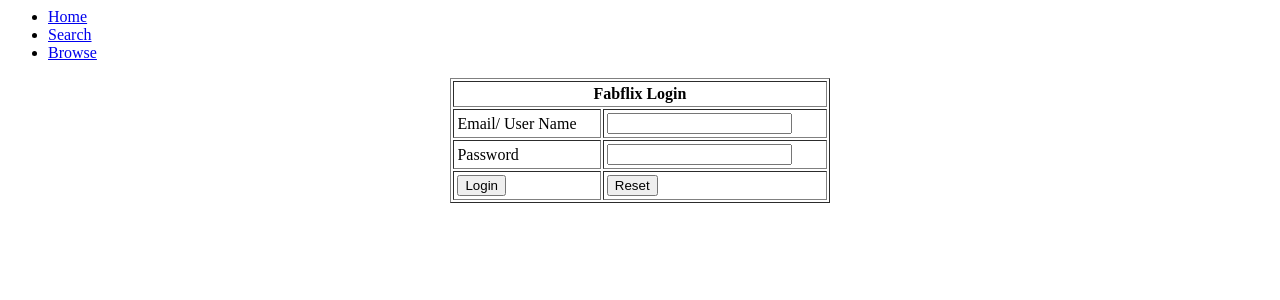
Repository: AndrewHarryKim/cs122B
Page: http://localhost/FabFlix/
An editor plug-in stored every save of this project. The page is shown before and after the next save, followed by the edit.
The browser window is 1280 px wide. The pictures show the whole page.
The page is served by Tomcat 9. Other server files are loaded and not shown.

Above is the page before, as saved 2016-04-22 01:01:09.

### Site2/FabFlix/WebContent/WEB-INF/main.jsp

<%@include file="header.jsp" %>
<link rel="stylesheet" type="text/css" href="css/styles.css">
<%
	// This portion of the code is vital to make it so the user cannot access a page w/o being logged in.
    if ((session.getAttribute("email") == null) || (session.getAttribute("email") == "")) {
		String redirectURL = loginPath+"?message=";

        RequestDispatcher dispatcher = null;
		dispatcher = getServletContext().getRequestDispatcher(redirectURL);
        dispatcher.forward(request, response);
    }

%>
Welcome to Fabflix, <%=session.getAttribute("first_name")%>
</br><a align= "right" href=<%=logoutPath+""%>>Log out</a>
<%
	out.println("</br>");
    out.println("<a href='"+browseGenre+"'>Browse by Genre</a>");
    out.println("<a href='"+browseTitle+"'>Browse by Title</a>");
    out.println("<a href='search'>Advanced Search</a>");
%>

### Site2/FabFlix/WebContent/WEB-INF/header.jsp
<%@include file='var.jsp'%>
<header class="siteHeader">
	<nav class="navbar">
		<ul class="navlist">
			<li><a href="/FabFlix/Main">Home</a></li>
			<li><a href="/FabFlix/search">Search</a></li>
			<li><a href="/FabFlix/Browse">Browse</a></li>
		</ul>
	</nav>
</header>

### Site2/FabFlix/WebContent/WEB-INF/var.jsp
<!-- This File holds the Login Details and other Globals -->
<%
	// This is the Login for the DB
	String DB_USER= "root";
	String DB_PASS="pops711";
	// This is the location of the Login Portal
	String loginPath="/Index";
	// This is the location of the Login-Authentication
	String authLoginPath="Login";
	// This is the location of the Logout script
	String logoutPath="Logout";
	//This is the location of the HomePage
	String homePath="Main";
	// This is the location of the Search Page
	String searchPath="";
	// This is the location of the General Browsing Page and the sub-pages
	String browsePath="browse.jsp";
	String browseGenre="Browse?by=genre";
	String browseTitle="Browse?by=title";
	// This is the location of the movie-list after you find one.
	String movieListPath="MovieList";
	// This is the Cart location.
	String cartPath="Cart";
	// This is the CheckOut location.
	String checkoutPath="Checkout";
%>

### Site2/FabFlix/WebContent/WEB-INF/index.jsp

<%@include file="header.jsp" %>
<%@page contentType="text/html" pageEncoding="UTF-8"%>
<!DOCTYPE html>
<html>
    <head>
	<link rel="stylesheet" type="text/css" href="css/styles.css">
        <meta http-equiv="Content-Type" content="text/html; charset=UTF-8">
        <title>JSP Example</title>
    </head>
    <body>
        <form method="post" action=<%=authLoginPath+""%>>
            <center>
            <table border="1" width="30%" cellpadding="3">
                <thead>
                    <tr>
                        <th colspan="2">Fabflix Login</th>
                    </tr>
                </thead>
                <tbody>
                    <tr>
                        <td>Email/ User Name</td>
                        <td><input type="text" name="email" value="" /></td>
                    </tr>
                    <tr>
                        <td>Password</td>
                        <td><input type="password" name="password" value="" /></td>
                    </tr>
                    <tr>
                        <td><input type="submit" value="Login" /></td>
                        <td><input type="reset" value="Reset" /></td>
                    </tr>

                    <!--
                    <tr>
                        <td colspan="2">Yet Not Registered!! <a href="reg.jsp">Register Here</a></td>
                    </tr>
                    -->
                </tbody>

            </table>
            <%
                if (request.getParameter("message") == null) {
                    //out.println("");
                }
                else {
                    out.println("<div>"+request.getParameter("message")+"</div>");
                }
            %>
            </center>
        </form>
    </body>
</html>

### Site2/FabFlix/src/com/simple/Main.java
package com.simple;

import java.io.IOException;

import javax.servlet.RequestDispatcher;
import javax.servlet.ServletException;
import javax.servlet.annotation.WebServlet;
import javax.servlet.http.HttpServlet;
import javax.servlet.http.HttpServletRequest;
import javax.servlet.http.HttpServletResponse;

/**
 * Servlet implementation class Main
 */
@WebServlet("/Main")
public class Main extends HttpServlet {
	private static final long serialVersionUID = 1L;

    /**
     * @see HttpServlet#HttpServlet()
     */
    public Main() {
        super();
        // TODO Auto-generated constructor stub
    }

	/**
	 * @see HttpServlet#doGet(HttpServletRequest request, HttpServletResponse response)
	 */
	protected void doGet(HttpServletRequest request, HttpServletResponse response) throws ServletException, IOException {
		// TODO Auto-generated method stub
		RequestDispatcher dispatcher = request.getServletContext().getRequestDispatcher("/WEB-INF/main.jsp");
		dispatcher.forward(request, response);
	}

	/**
	 * @see HttpServlet#doPost(HttpServletRequest request, HttpServletResponse response)
	 */
	protected void doPost(HttpServletRequest request, HttpServletResponse response) throws ServletException, IOException {
		// TODO Auto-generated method stub
		doGet(request, response);
	}

}

After the next save:
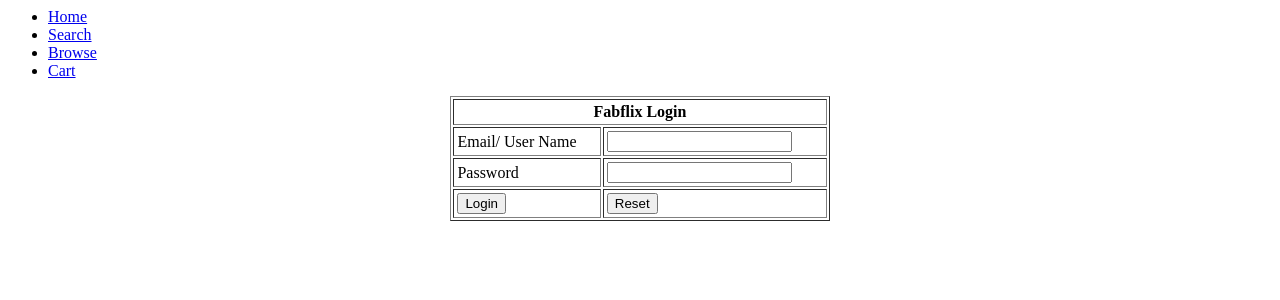
Saved 2 min 22 s later.
--- a/Site2/FabFlix/WebContent/WEB-INF/header.jsp
+++ b/Site2/FabFlix/WebContent/WEB-INF/header.jsp
@@ -5,6 +5,7 @@
 			<li><a href="/FabFlix/Main">Home</a></li>
 			<li><a href="/FabFlix/search">Search</a></li>
 			<li><a href="/FabFlix/Browse">Browse</a></li>
+			<li><a href="/FabFlix/Cart">Cart</a></li>
 		</ul>
 	</nav>
 </header>
